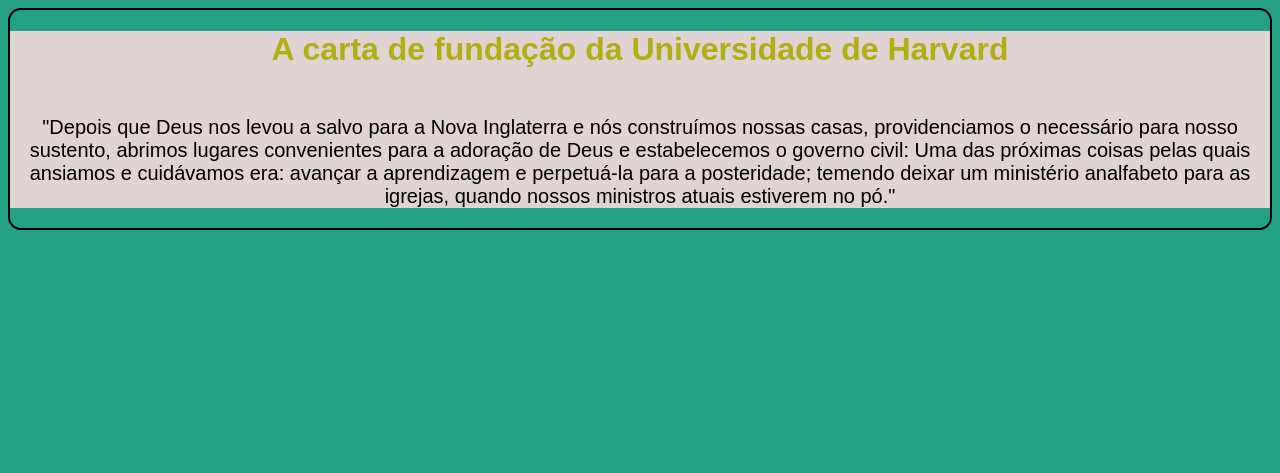
Repository: batmit/FutureFundation.github.io-1
Page: menu/articles/speechs/harvard_God.html
The author's editor kept a copy of each file at every save. The page is drawn from the files as they stood at one save, then again after the next save.
The browser window is 1280 px wide. The pictures show the whole page.

Above is the page before, as saved 2021-11-07 17:14:20.

After the next save:
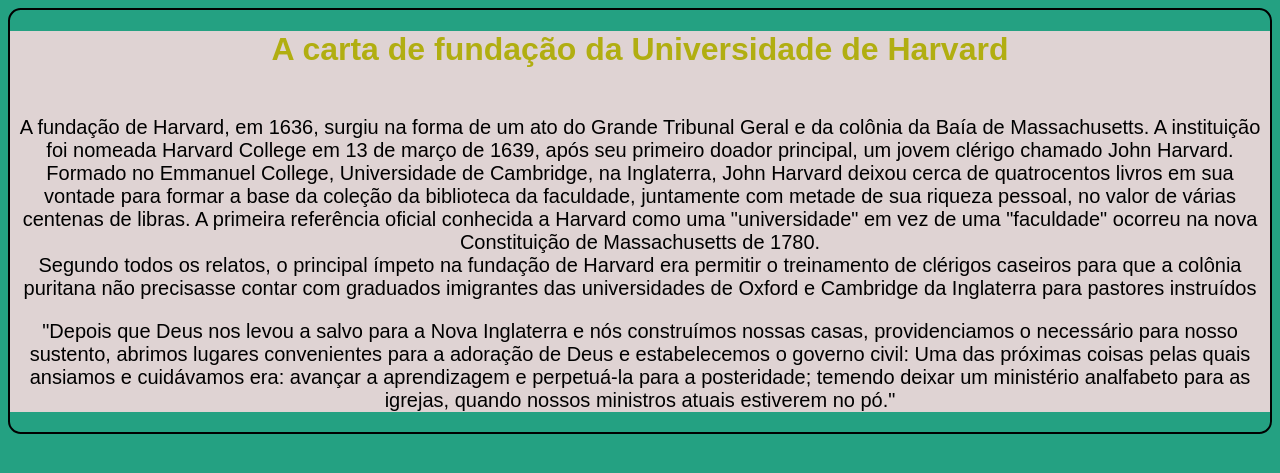
Saved 45 s later.
--- a/menu/articles/speechs/harvard_God.html
+++ b/menu/articles/speechs/harvard_God.html
@@ -14,7 +14,9 @@
             <h1>A carta de fundação da Universidade de Harvard</h1>
         </header>
 
-
+        <p>A fundação de Harvard, em 1636, surgiu na forma de um ato do Grande Tribunal Geral e da colônia da Baía de Massachusetts. A instituição foi nomeada Harvard College em 13 de março de 1639, após seu primeiro doador principal, um jovem clérigo chamado John Harvard. Formado no Emmanuel College, Universidade de Cambridge, na Inglaterra, John Harvard deixou cerca de quatrocentos livros em sua vontade para formar a base da coleção da biblioteca da faculdade, juntamente com metade de sua riqueza pessoal, no valor de várias centenas de libras. A primeira referência oficial conhecida a Harvard como uma "universidade" em vez de uma "faculdade" ocorreu na nova Constituição de Massachusetts de 1780.
+            <br>
+            Segundo todos os relatos, o principal ímpeto na fundação de Harvard era permitir o treinamento de clérigos caseiros para que a colônia puritana não precisasse contar com graduados imigrantes das universidades de Oxford e Cambridge da Inglaterra para pastores instruídos</p>
 
         <p>"Depois que Deus nos levou a salvo para a Nova Inglaterra e nós construímos nossas casas, providenciamos o necessário para nosso sustento, abrimos lugares convenientes para a adoração de Deus e estabelecemos o governo civil: Uma das próximas coisas pelas quais ansiamos e cuidávamos era: avançar a aprendizagem e perpetuá-la para a posteridade; temendo deixar um ministério analfabeto para as igrejas, quando nossos ministros atuais estiverem no pó."</p>
 
